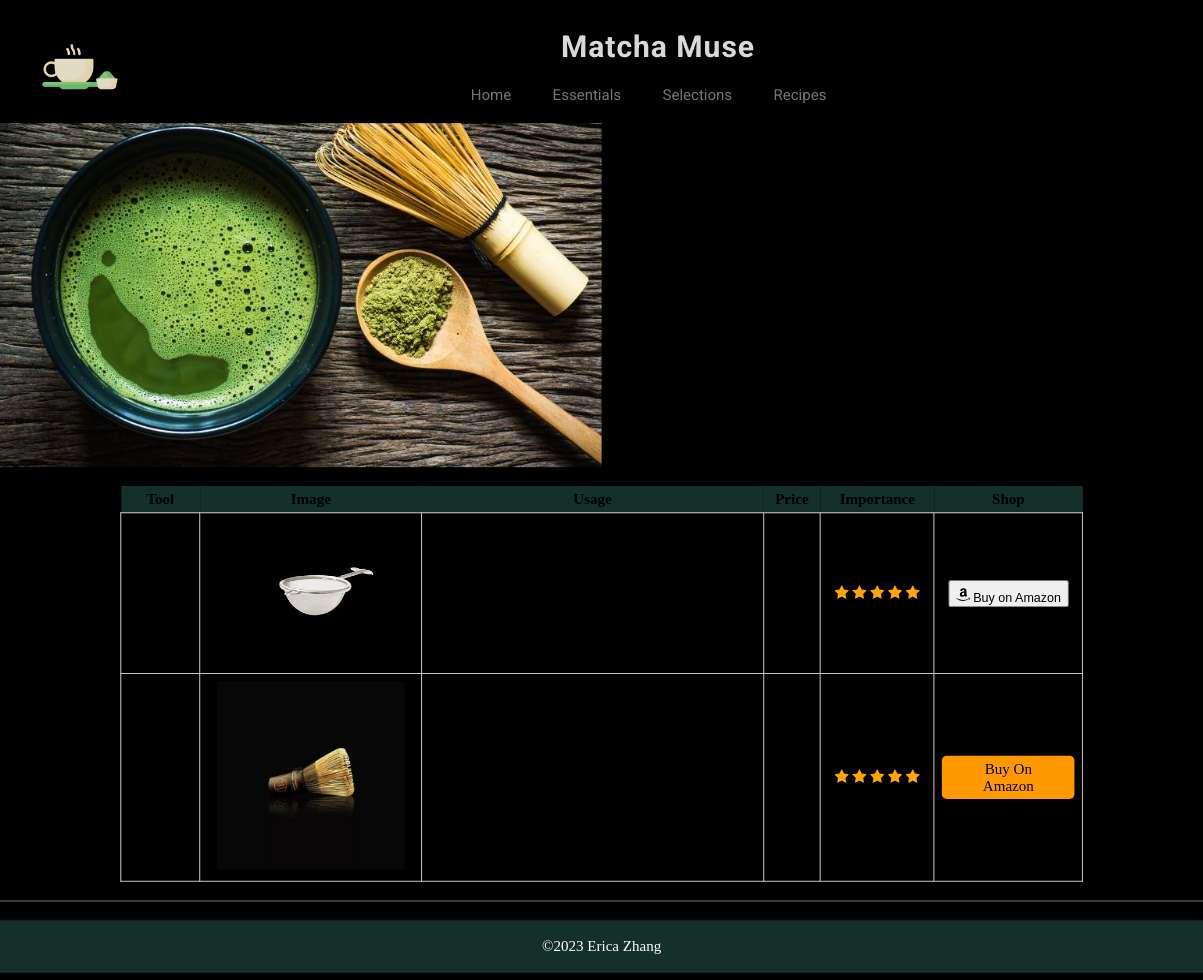
Repository: ericazz17/matchawebsite
Page: essentials.html
An editor plug-in stored every save of this project. The page is shown before and after the next save, followed by the edit.
The browser window is 1280 px wide. The pictures show the whole page, at 94% of full size.

Above is the page before, as saved 2023-09-26 05:01:45.

### essentials.html
<!DOCTYPE html>
<html>
<head>
    <title>Matcha Muse</title>
    <link rel="stylesheet" type="text/css" href="essentials.css">
    <link rel="preconnect" href="https://fonts.googleapis.com">
    <link rel="preconnect" href="https://fonts.gstatic.com" crossorigin>
    <link href="https://fonts.googleapis.com/css2?family=Roboto:wght@400;700&display=swap" rel="stylesheet">
    <link rel="stylesheet" href="https://cdnjs.cloudflare.com/ajax/libs/font-awesome/4.7.0/css/font-awesome.min.css">
</head>

<body>
    <header class="header">

        <div class="header-container">
            <div id="icon-container">
                <img class="header-icon" src="images/header-icon.png">
            </div>
            <div id="header-name">
                <h1>Matcha Muse</h1>
            </div>
        </div>

        <nav class="topbar">
            <div class="topbardiv">
                <a class="button" href="main.html">Home</a>
                <a class="button" href="essentials.html">Essentials</a>
                <a class="button" href="selections.html">Selections</a>
                <a class="button" href="recipes.html">Recipes</a>
            </div>
        </nav>
    </header>

    <div class="topsection">
        <div class="topsection-img">
            <img class="matcha-tools" src="images/matcha-tea.jpeg">
        </div>
        <div class="topsection-text">
            <h2 class="toph2">Journey to the Perfect Matcha</h2>
            <h3>Learn about the tools you need for that beautiful green hue and foamy froth of the matcha latte!</h3>
        </div>
    </div>

    <!-- table  -->

    <div class="table-container">
        <table class="info-table">
            <!-- row 1 -->
          <tr>
            <th class="col1">Tool</th>
            <th class="col2">Image</th>
            <th class="col3">Usage</th>
            <th class="col4">Price</th>
            <th class="col5">Importance</th>
            <th class="col6">Shop</th>
          </tr>
          <tr class="row1">
            <td>Sifter</td>
            <td>
                <img class="sifter-image" src="images/sifter2.jpeg" alt="Sifter"></td>
            <td class="r1c3">
                Sifter ensures a smooth and clump-free consistency by breaking up any powder lumps, resulting in a more enjoyable and visually appealing matcha drink.</td>
            <td>
                $7
            </td>
            <td>
                <span class="fa fa-star checked"></span>
                <span class="fa fa-star checked"></span>
                <span class="fa fa-star checked"></span>
                <span class="fa fa-star checked"></span>
                <span class="fa fa-star checked"></span>
            </td>
            <td>
                <a href="https://www.amazon.com/Jade-Leaf-Matcha-Eliminate-Stainless/dp/B092QMWCKK/ref=sr_1_1_sspa?crid=17NF4YJBBYBSW&keywords=matcha+sifter&qid=1695332046&sprefix=matcha+sift%2Caps%2C160&sr=8-1-spons&sp_csd=d2lkZ2V0TmFtZT1zcF9hdGY&psc=1" target="_blank" class="buy-now-button-a">
                    <button class="buy-now-button">
                        <img class="amazon-icon" src="images/amazon-logo.svg" alt="amazon-icon">
                        <span class="amazon-text"> Buy on Amazon</span>
                    </button>
                </a>
            </td>
          </tr>
          <!-- row 2 -->
          <tr class="row1">
            <td>Whisk (Chasen)</td>
            <td>
                <img class="chasen-image" src="images/chasen.jpg" alt="Chasen"></td>
            <td class="r1c3">
                Sifter ensures a smooth and clump-free consistency by breaking up any powder lumps, resulting in a more enjoyable and visually appealing matcha drink.</td>
            <td>
                $7
            </td>
            <td>
                <span class="fa fa-star checked"></span>
                <span class="fa fa-star checked"></span>
                <span class="fa fa-star checked"></span>
                <span class="fa fa-star checked"></span>
                <span class="fa fa-star checked"></span>
            </td>
            <td>
                <div class="buy-now-container">
                    <a href="https://www.amazon.com/Jade-Leaf-Matcha-Eliminate-Stainless/dp/B092QMWCKK/ref=sr_1_1_sspa?crid=17NF4YJBBYBSW&keywords=matcha+sifter&qid=1695332046&sprefix=matcha+sift%2Caps%2C160&sr=8-1-spons&sp_csd=d2lkZ2V0TmFtZT1zcF9hdGY&psc=1" target="_blank" class="buy-now-button">Buy On Amazon</a>
                </div>
            </td>
          </tr>
        </table>
      </div>

    <hr class="separation-line">


</body>

<footer>
    <div class="footer">
        <p>&copy2023 Erica Zhang</p>
    </div>
</footer>

</html>

### essentials.css
body {
    background-color: black;
    width: 100%;
    margin-left: 0px;
    margin-right: 0px;
    margin-top: 0px;
    padding: 0px;
}

.header {
    position: sticky;
    top: 0;
    background-color: black;
    color: #f1f1f1;
    padding: 10px;
    opacity: 0.9;
  }

.header-container{
    max-width: 100%;
    width: 100%;
    text-align: center;
    margin-top: 0px;
    padding: 0px;

}

#header-name{
    text-align: center;
}

h1 {
    font-family: 'Roboto', sans-serif;
    font-size:px;
    letter-spacing: 1px;
}

h2 {
    font-family: 'Roboto', sans-serif;
    font-size:3vw;
    letter-spacing: 1px;
}

.b4h2 {
    white-space: nowrap;
}

h3 {
    font-family: sans-serif;
    font-size:1.5vw;
    letter-spacing: 1px;
    font-weight: 300;
}

#icon-container{
    width: 100px;
    float: left;
    vertical-align: top;
    padding-left: 20px;
}
.header-icon{
    display:flex;
    height:80px;
    margin-left: 15px;
    flex:1;
}
.topbar {

    height: 30px;
    text-align: center;
}
.button {
    color: gray;
    font-family: 'Roboto', sans-serif;
    padding: 10px;
    margin-right: 20px;

}

a {
    text-decoration: none;
}
.button:hover {
    color: white;
    border-color: rgb(61, 35, 13);
    border-width: 1px;
    border-style: solid;
    border-radius: 5px;
}

.button:active {
    color: white;
    border-color: rgb(61, 35, 13);
    border-width: 1px;
    border-style: solid;
    border-radius: 5px;
}

footer {
    background-color: rgb(19, 48, 43);
    color: white;
    padding: 3px;
    display: flex;
    justify-content: space-between;
    text-align:center;
}
.footer {
    text-align: center;
    left: 0;
    bottom: 0;
    width: 100%;
}

/*  */

.topsection {
    width: 100%;
    margin-left: auto;
    margin-right:auto;
    display: flex;
    justify-content: center;
    /* align-items: center; */
}

.topsection-text{
    display: block;
    width: 37%;
    float: left;
    padding-left:3%;
    padding-right: 10%;
    font-family: 'Roboto', sans-serif;
    padding-top: 3%;
    font-weight: 100;
}

.toph2 {
    white-space: nowrap;
}

.topsection-img {
    width: 50%;
    float: left;
    background-size: 100% 100%;
}

.topsection-img img {
    width: 100%;
    height: 100%;
    display:inline-block;
}

.separation-line {
    border: none;
    border-top: 1px solid gray;
    margin: 20px 0;
  }

  .checked {
    color: orange;
  }

  /* table styling */

  .table-container {
    display: flex;
    justify-content: center;
    width: 100%;
  }

  .info-table {
    border-collapse: collapse;
    width: 80%;
    margin-top: 20px;
  }

  .info-table th {
    text-align: center;
    background-color:  rgb(19, 48, 43);
    height: 18px;
    padding-top: 5px;
    padding-bottom: 5px;
}

.r1c3 {
  text-align: left;
}

  .r1c3 {
    text-align: left;
}

  .info-table td {
    border: 0.3px solid lightgray;
    padding: 8px;
  }

  .row1 {
    height: 10px;
    text-align: center;
  }

  .col1 {
    width: 5%;
  }

  .col2 {
    width: 10%;
  }

  .col2 img {
    width:50px;
    height: 50px;
  }
  .col3 {
    width: 30%;
  }

  .col4 {
    width: 5%;
  }

  .col5 {
    width: 10%;
  }

  .col6 {
    width: 13%

  }

  .sifter-image {
    height: 150px;
    width: auto;
    padding-left: 15%;
  }

  a.buy-now-button {
    background-color: #FF9900;
    padding: 5px 23px;
    text-decoration: none;
    color: black;
    border: none;
    text-align: center;
    display: inline-block;
    border-radius: 5px;
    vertical-align: center;
}

.buy-now-button:hover {
    opacity:0.7;
}

.chasen-image {
    width: 200px;
    height: auto;
}

.amazon-icon {
    padding-top: 5px;
    width: 15px;
}

/* .amazon-text {
    padding-bottom: 20px;
} */

After the next save:
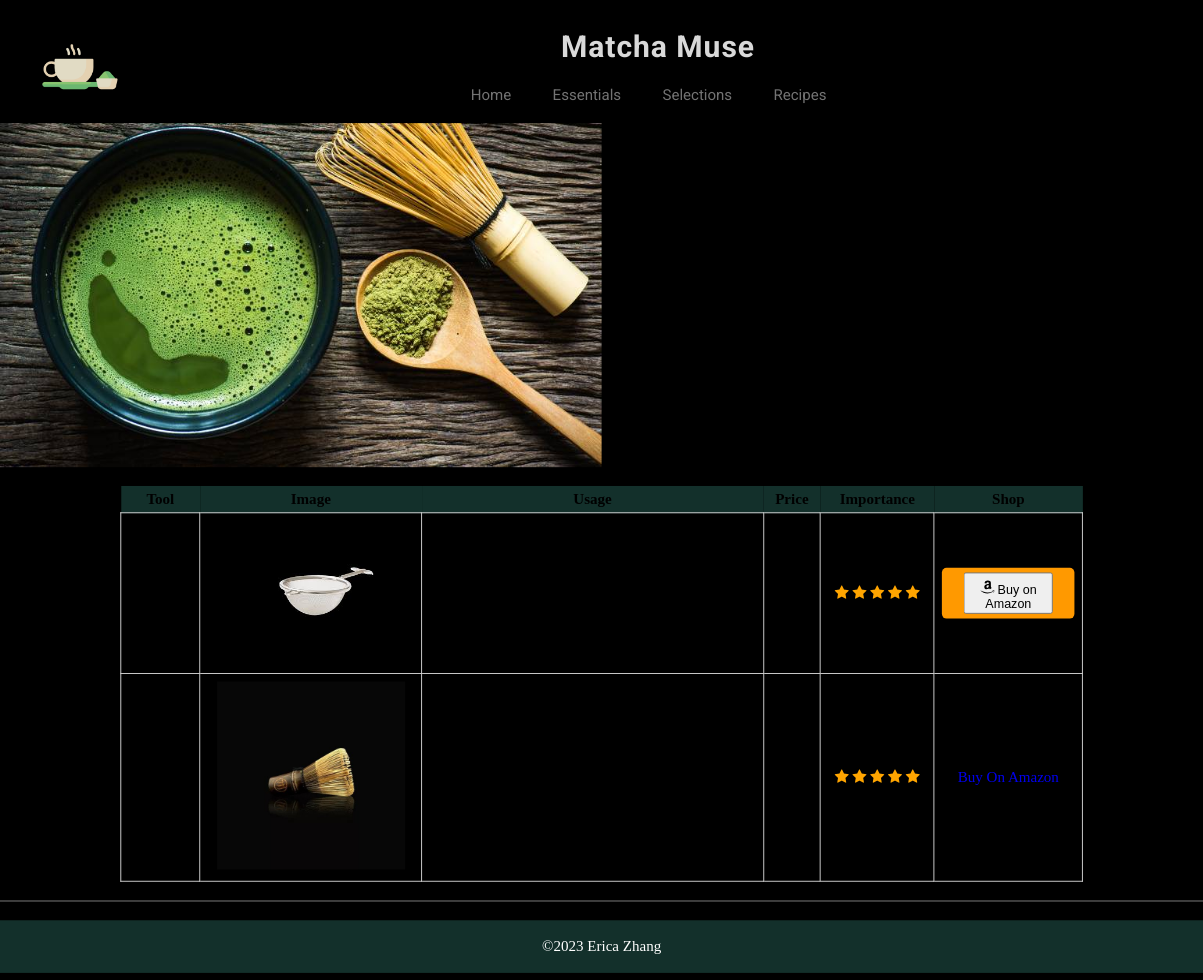
Saved 10 s later.
--- a/essentials.css
+++ b/essentials.css
@@ -234,7 +234,7 @@ footer {
     padding-left: 15%;
   }
 
-  a.buy-now-button {
+  a.buy-now-button-a {
     background-color: #FF9900;
     padding: 5px 23px;
     text-decoration: none;
